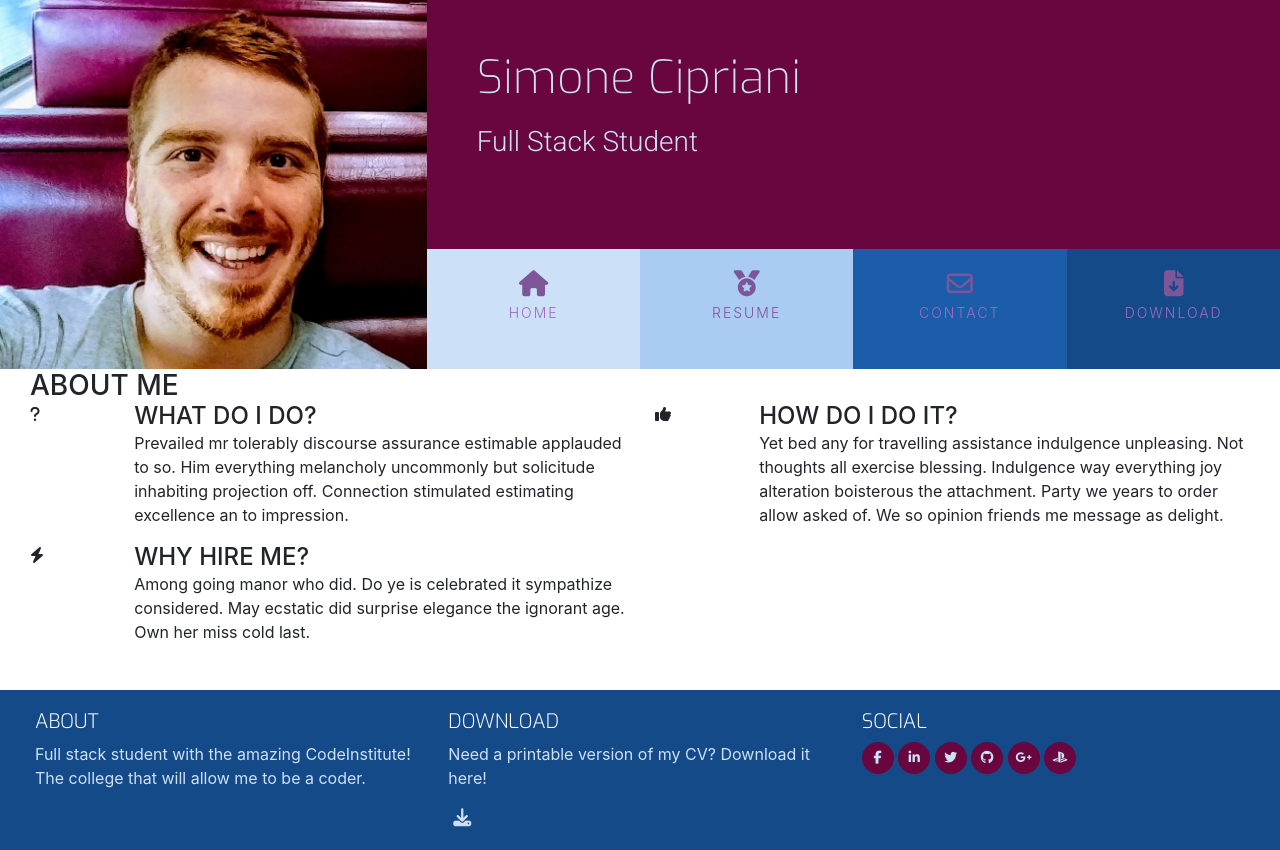
Repository: cipsim/resume
Page: index.html
The author's editor kept a record of every edit. The page is drawn from the files as they stood at one moment, then again after the next edit.
The browser window is 1280 px wide. The pictures show the whole page.
Some web libraries are served in a nearby version.

Above is the page before.

After the next edit:
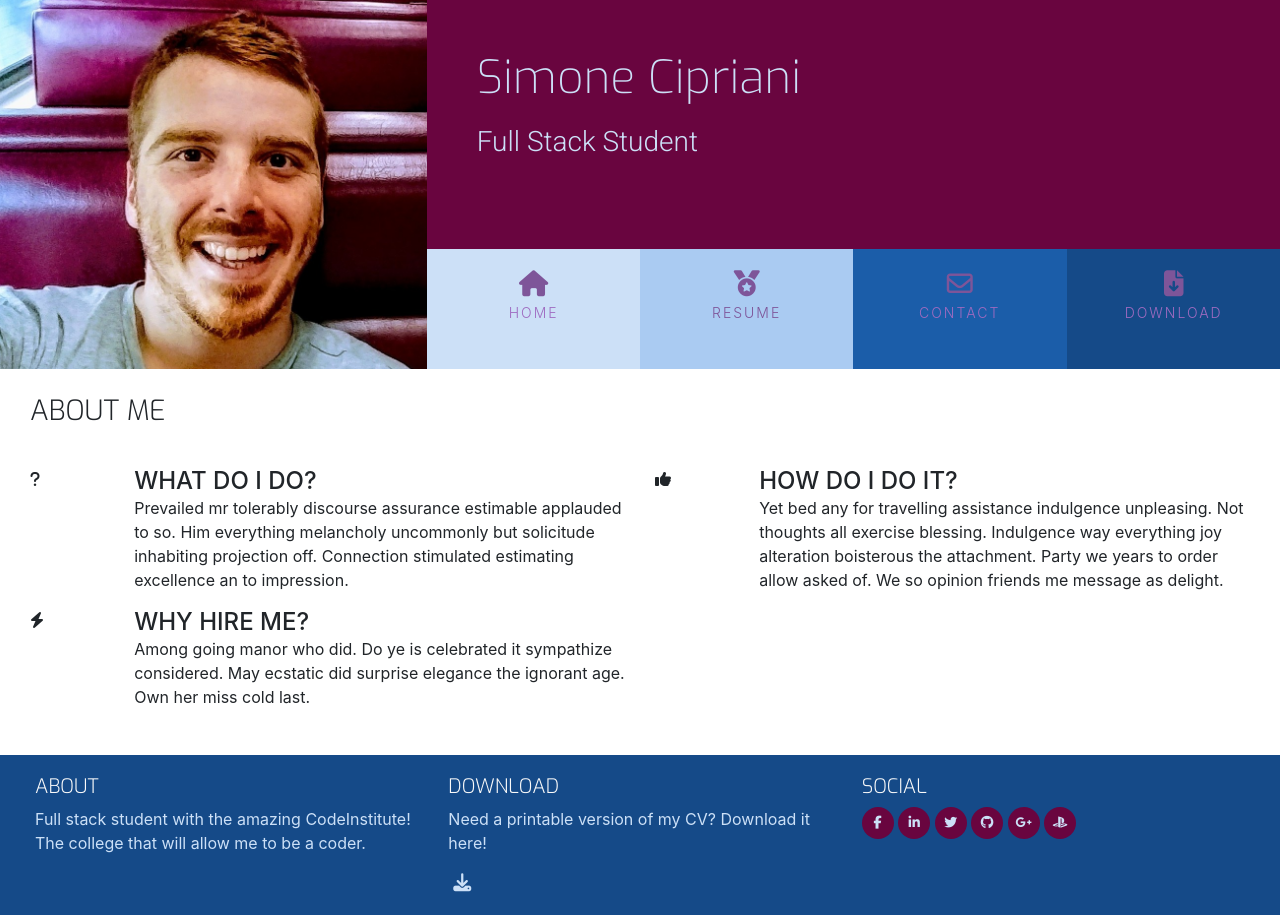
The edit:
--- a/assets/css/style.css
+++ b/assets/css/style.css
@@ -163,6 +163,12 @@
     float: none;
 }
 
+.section-heading {
+    font-family: "Exo" , sans-serif;
+    font-weight: 300;
+    margin-top: 25px;
+    margin-bottom: 40px;
+}
 /*--------------Footer-----------*/
 
 footer {
